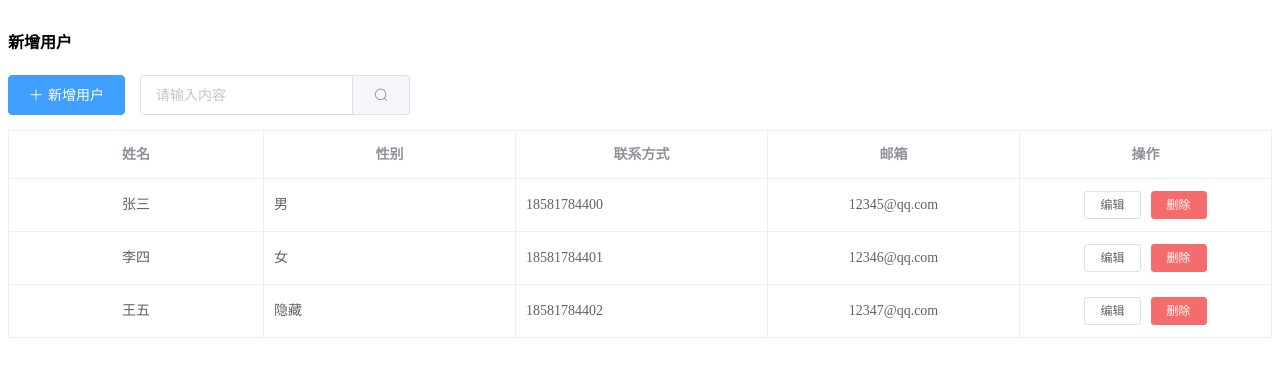
Repository: xinwuhao/New-user
Page: /
An editor plug-in stored every save of this project. The page is shown before and after a run of saves, followed by the edit.
The browser window is 1280 px wide. The pictures show the whole page.
The project was rebuilt for these pictures with package versions that can differ from the ones it lists, and the page was loaded fresh each time.

Above is the page before, as saved 2021-12-21 17:03:11.

### src/main.js
import Vue from 'vue'
import App from './App.vue'
import router from './router'
import store from './store'
import ElementUI from 'element-ui';
import 'element-ui/lib/theme-chalk/index.css';

Vue.use(ElementUI);
Vue.config.productionTip = false

new Vue({
  router,
  store,
  el: '#app',
  render: h => h(App)
}).$mount('#app')

### src/views/Home.vue
<template>
  <div class="container">
    <div class="content">
      <h4>新增用户</h4>
      <div class="flex">
        <el-button
          type="primary"
          icon="el-icon-plus"
          @click="dialogVisible = true"
          >新增用户</el-button
        >
        <div style="margin-left: 15px">
          <el-input
            placeholder="请输入内容"
            v-model="input"
            @input="seek(list, input)"
          >
            <el-button
              slot="append"
              icon="el-icon-search"
              @click="search(list, input)"
            ></el-button>
          </el-input>
        </div>
      </div>
      <!-- 用户列表 -->
      <div>
        <el-table :data="arr" border style="width: 100%" >
          <el-table-column prop="name" label="姓名" align='center'> </el-table-column>
          <el-table-column prop="sex" label="性别" header-align='center'> </el-table-column>
          <el-table-column prop="contact" label="联系方式" header-align='center'> </el-table-column>
          <el-table-column prop="mailbox" label="邮箱" align='center'> </el-table-column>
          <el-table-column label="操作" align='center'>
            <template slot-scope="scope">
              <el-button size="mini" @click="Edit(scope.$index, scope.row)"
                >编辑</el-button
              >
              <el-button
                size="mini"
                type="danger"
                @click="Delete(scope.$index, scope.row)"
                >删除</el-button
              >
            </template>
          </el-table-column>
        </el-table>
      </div>
      <!-- 新增内容弹出层 -->
      <el-dialog title="提示" :visible.sync="dialogVisible" width="30%">
        <el-form
          :model="ruleForm"
          :rules="rules"
          ref="ruleForm"
          label-width="100px"
          class="demo-ruleForm"
        >
          <el-form-item label="名称" prop="name">
            <el-input v-model="ruleForm.name"></el-input>
          </el-form-item>
          <el-form-item label="性别" prop="sex">
            <el-radio-group
              v-model="ruleForm.sex"
              v-for="(item, index) in sex"
              :key="index"
            >
              <el-radio :label="item" style="margin-right: 10px"></el-radio>
            </el-radio-group>
          </el-form-item>
          <el-form-item label="手机号码" prop="contact">
            <el-input v-model="ruleForm.contact"></el-input>
          </el-form-item>
          <el-form-item label="邮箱" prop="mailbox">
            <el-input v-model="ruleForm.mailbox"></el-input>
          </el-form-item>
          <el-form-item>
            <el-button type="primary" @click="submitForm('ruleForm')">
              <div v-if="edit == false">立即新增</div>
              <div v-else>修改</div>
            </el-button>
            <el-button @click="resetForm('ruleForm')">取消</el-button>
          </el-form-item>
        </el-form>
      </el-dialog>
    </div>
  </div>
</template>

<script>
//引入子组件

export default {
  name: "",
  props: {},
  data() {
    return {
      dialogVisible: false,
      edit: false,
      id: "",
      input: "",
      list: [
        {
          name: "张三",
          sex: "男",
          contact: "18581784400",
          mailbox: "12345@qq.com",
        },
        {
          name: "李四",
          sex: "女",
          contact: "18581784401",
          mailbox: "12346@qq.com",
        },
        {
          name: "王五",
          sex: "隐藏",
          contact: "18581784402",
          mailbox: "12347@qq.com",
        },
      ],
      arr: [],
      sex: ["隐藏", "男", "女"],
      ruleForm: {
        name: "",
        sex: "",
        contact: "",
        mailbox: "",
      },
      rules: {
        name: [
          { required: true, message: "请输入用户名称", trigger: "blur" },
          { min: 1, max: 5, message: "长度在 1 到 5 个字符", trigger: "blur" },
        ],
        contact: [
          { required: true, message: "请输入手机号码", trigger: "blur" },
          { min: 11, max: 11, message: "输入的手机号码有误", trigger: "blur" },
          {
            pattern:
              /^(?:(?:\+|00)86)?1(?:(?:3[\d])|(?:4[5-79])|(?:5[0-35-9])|(?:6[5-7])|(?:7[0-8])|(?:8[\d])|(?:9[189]))\d{8}$/,
            message: "输入的手机号码有误",
            trigger: "blur",
          },
        ],
        mailbox: [
          { required: true, message: "请输入邮箱", trigger: "blur" },
          {
            pattern:
              /^(([^<>()[\]\\.,;:\s@"]+(\.[^<>()[\]\\.,;:\s@"]+)*)|(".+"))@((\[[0-9]{1,3}\.[0-9]{1,3}\.[0-9]{1,3}\.[0-9]{1,3}\])|(([a-zA-Z\-0-9]+\.)+[a-zA-Z]{2,}))$/,
            message: "输入的邮箱有误",
            trigger: "blur",
          },
        ],
        sex: [{ required: true, message: "性别", trigger: "change" }],
      },
    };
  },
  components: {},
  methods: {
    //表单创建按钮
    submitForm(formName) {
      this.$refs[formName].validate((valid) => {
        if (valid) {
          this.dialogVisible = false;
          if (this.edit == false) {
            //新增
            this.$message.success("新增成功");
            this.list.unshift(this.ruleForm);
          } else {
            //修改
            this.$message.success("修改成功");
            this.list.map((item, index) => {
              if (this.id == index) {
                item = this.ruleForm;
              }
            });
          }
          this.edit = false;
        } else {
          this.$message.error("您还有信息没有填写或者填写的信息有误");
          return false;
        }
      });
    },
    //表单取消按钮
    resetForm(formName) {
      this.$refs[formName].resetFields();
      this.dialogVisible = false;
      this.edit = false;
    },
    //搜索
    search(list, e) {
      let reg = new RegExp(e);
      this.arr = [];
      for (let i = 0; i < list.length; i++) {
        if (reg.test(list[i].name)) {
          this.arr.push(list[i]);
        }
      }
    },
    seek(list, e) {
      let reg = new RegExp(e);
      this.arr = [];
      for (let i = 0; i < list.length; i++) {
        if (reg.test(list[i].name)) {
          this.arr.push(list[i]);
        }
      }
      console.log(this.arr);
    },
    //编辑
    Edit(index, row) {
      this.dialogVisible = true;
      this.ruleForm = row;
      this.edit = true;
      this.id = index;
    },
    //删除
    Delete(id, row) {
      let data = [];
      this.list.map((item, index) => {
        if (index != id) {
          data.push(item);
        }
        return;
      });
      this.list = data;
      this.arr = this.list;
    },
  },
  mounted() {
    this.arr = this.list;
  },
  computed: {},
  watch: {},
};
</script>

<style lang='scss' scoped>
.container {
  display: flex;
  justify-content: center;
}
.content {
  width: 1450px;
  /* 注意适配的宽度必须大于最小适配宽度 */
}
.flex {
  display: flex;
  margin-bottom: 15px;
}
</style>

Loaded but not shown: public/index.html (common file); src/App.vue (common file); src/router/index.js (common file); src/store/index.js (common file)

After the next 2 saves:
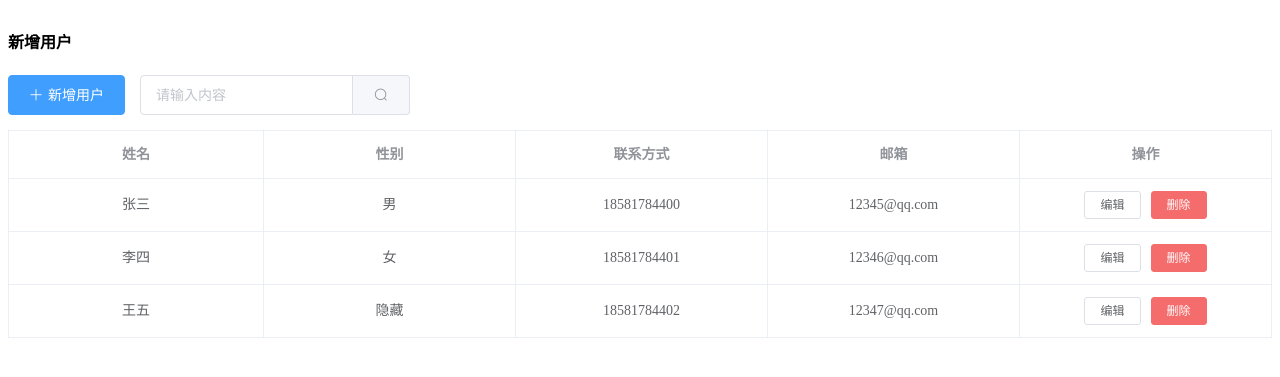
The 2 saves are shown as one change because they came seconds apart.
The last was saved 9 s later.
--- a/src/views/Home.vue
+++ b/src/views/Home.vue
@@ -27,8 +27,8 @@
       <div>
         <el-table :data="arr" border style="width: 100%" >
           <el-table-column prop="name" label="姓名" align='center'> </el-table-column>
-          <el-table-column prop="sex" label="性别" header-align='center'> </el-table-column>
-          <el-table-column prop="contact" label="联系方式" header-align='center'> </el-table-column>
+          <el-table-column prop="sex" label="性别" align='center'> </el-table-column>
+          <el-table-column prop="contact" label="联系方式" align='center'> </el-table-column>
           <el-table-column prop="mailbox" label="邮箱" align='center'> </el-table-column>
           <el-table-column label="操作" align='center'>
             <template slot-scope="scope">
